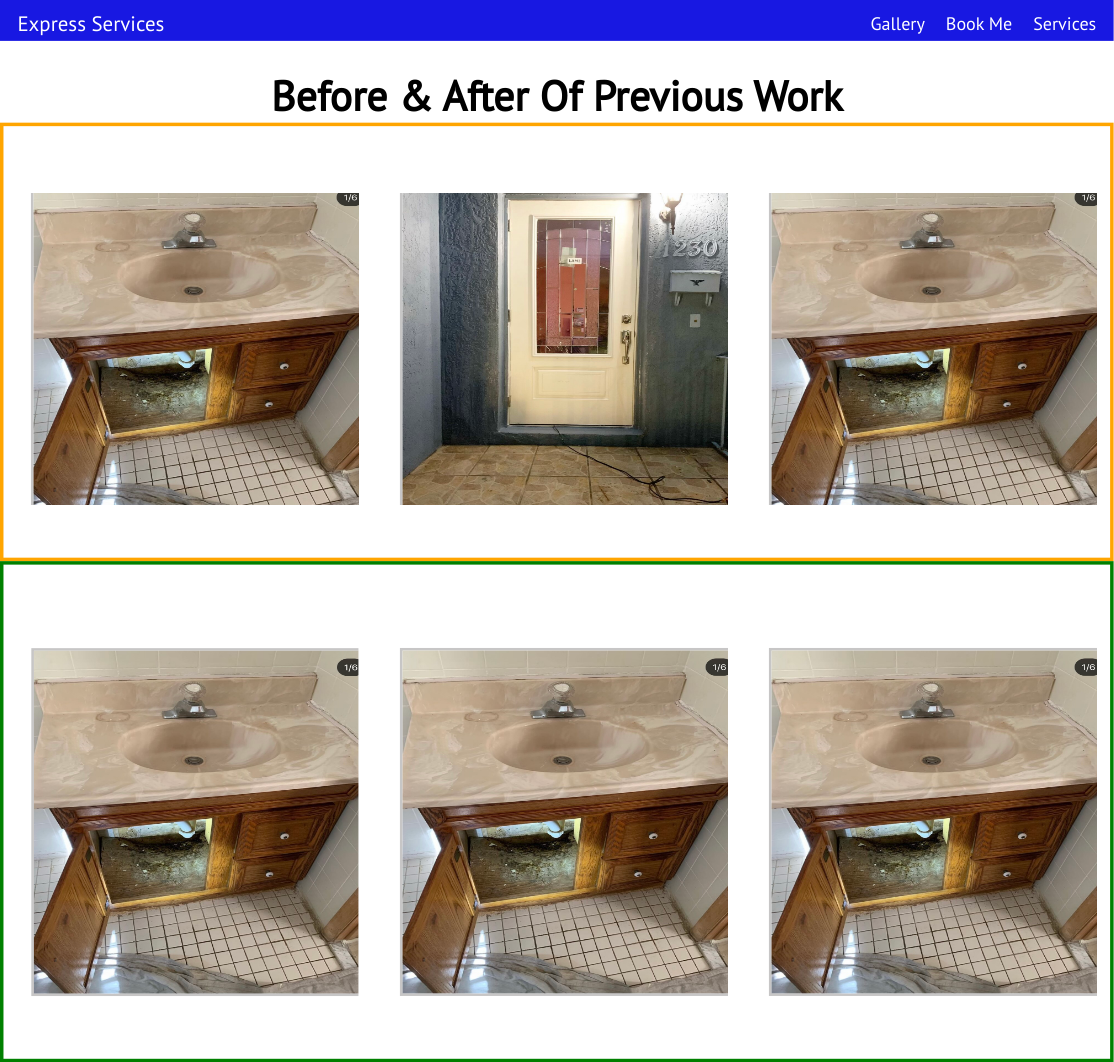
Repository: DrummerDee/mir-miami
Page: /Gallery (app in mr-miami/)
An editor plug-in stored every save of this project. The page is shown before and after the next save, followed by the edit.
The browser window is 1280 px wide. The pictures show the whole page, at 87% of full size.
The project was rebuilt for these pictures with package versions that can differ from the ones it lists, and the page was loaded fresh each time. Also part of the build but not shown: mr-miami/src/Styles/Services.css, mr-miami/src/Components/Services.js, mr-miami/src/Components/Homepage.js, mr-miami/src/Styles/Calendar.css, mr-miami/src/Styles/Times.css, mr-miami/src/Components/Times.js, mr-miami/src/Components/Time.js, mr-miami/src/Components/BookMe.js.

Above is the page before, as saved 2022-09-09 13:55:34.

After the next save:
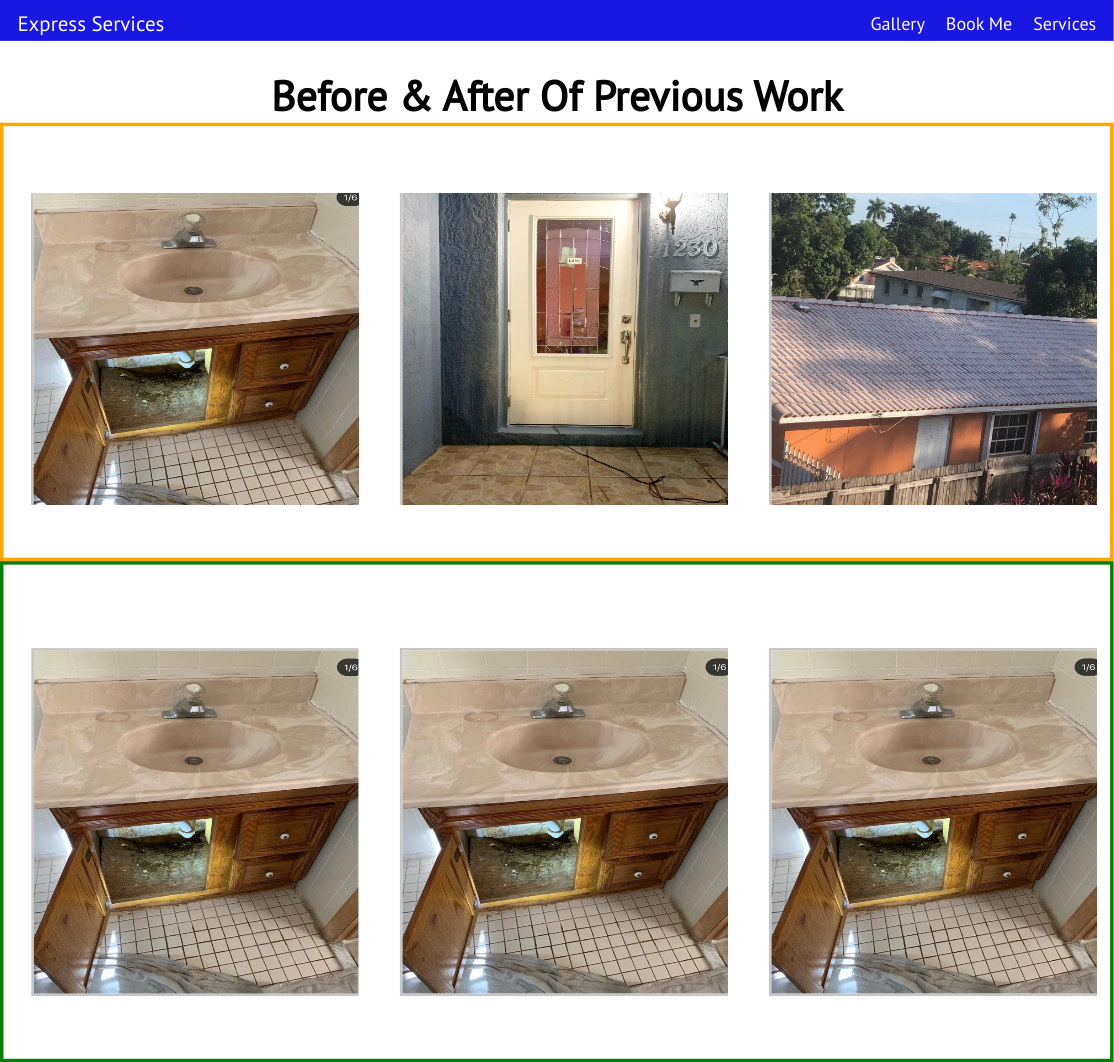
Saved 25 s later.
--- a/mr-miami/src/Components/Gallery.js
+++ b/mr-miami/src/Components/Gallery.js
@@ -55,7 +55,7 @@ function Gallery() {
                     </div>
                     <div className="containers">
                         <LazyLoadImage
-                            src={sinkbefore}
+                            src={roofbefore}
                             width={400}
                             height={400}
                             effect='blur'
